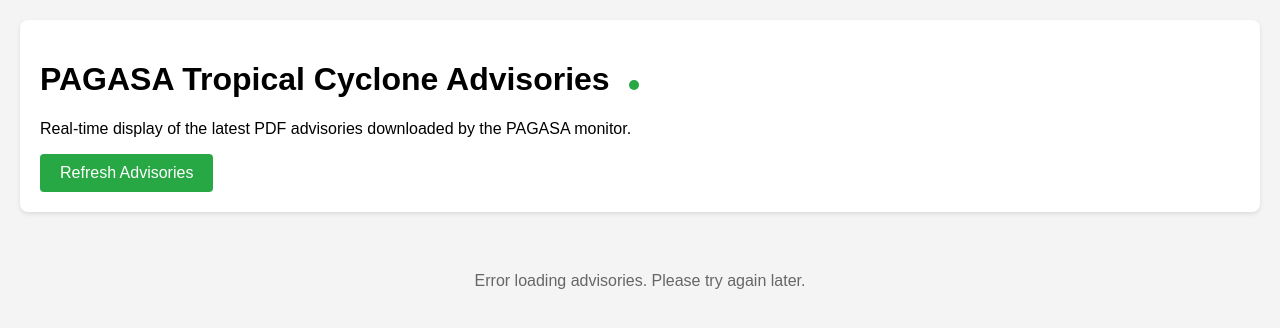
Repository: JetSpy-404/Heat-Mapping-For-Disaster-Risk-Prone-Areas
Page: pdf_viewer.html
The author's editor kept a copy of each file at every save. The page is drawn from the files as they stood at one save, then again after the next save.
The browser window is 1280 px wide. The pictures show the whole page.

Above is the page before, as saved 2025-11-08 16:47:19.

### pdf_viewer.html
<!DOCTYPE html>
<html lang="en">
<head>
    <meta charset="UTF-8">
    <meta name="viewport" content="width=device-width, initial-scale=1.0">
    <title>PAGASA Advisories Viewer</title>
    <style>
        body {
            font-family: Arial, sans-serif;
            margin: 20px;
            background-color: #f4f4f4;
        }
        .header {
            background-color: white;
            padding: 20px;
            border-radius: 8px;
            box-shadow: 0 2px 4px rgba(0,0,0,0.1);
            margin-bottom: 20px;
        }
        .pdf-container {
            margin-bottom: 20px;
            padding: 15px;
            background-color: white;
            border-radius: 8px;
            box-shadow: 0 2px 4px rgba(0,0,0,0.1);
        }
        .pdf-title {
            font-size: 18px;
            font-weight: bold;
            margin-bottom: 10px;
            color: #333;
            display: flex;
            justify-content: space-between;
            align-items: center;
        }
        .pdf-meta {
            font-size: 12px;
            color: #666;
            margin-bottom: 10px;
        }
        iframe {
            width: 100%;
            height: 600px;
            border: 1px solid #ddd;
            border-radius: 4px;
        }
        .download-link {
            display: inline-block;
            margin-top: 10px;
            padding: 8px 16px;
            background-color: #007bff;
            color: white;
            text-decoration: none;
            border-radius: 4px;
        }
        .download-link:hover {
            background-color: #0056b3;
        }
        .refresh-btn {
            background-color: #28a745;
            color: white;
            border: none;
            padding: 10px 20px;
            border-radius: 4px;
            cursor: pointer;
            font-size: 16px;
        }
        .refresh-btn:hover {
            background-color: #218838;
        }
        .loading {
            display: none;
            text-align: center;
            padding: 20px;
        }
        .no-pdfs {
            text-align: center;
            padding: 40px;
            color: #666;
        }
        .status-indicator {
            display: inline-block;
            width: 10px;
            height: 10px;
            border-radius: 50%;
            background-color: #28a745;
            margin-left: 10px;
        }
        .status-indicator.updating {
            background-color: #ffc107;
        }
    </style>
</head>
<body>
    <div class="header">
        <h1>PAGASA Tropical Cyclone Advisories <span class="status-indicator" id="status-indicator"></span></h1>
        <p>Real-time display of the latest PDF advisories downloaded by the PAGASA monitor.</p>
        <button class="refresh-btn" onclick="refreshPDFs()">Refresh Advisories</button>
        <div class="loading" id="loading">Loading advisories...</div>
    </div>

    <div id="pdfs-container">
        <!-- PDFs will be loaded here dynamically -->
    </div>

    <script>
        let lastUpdate = null;

        // Load PDFs on page load
        document.addEventListener('DOMContentLoaded', function() {
            loadPDFs();
            // Auto-refresh every 5 minutes
            setInterval(loadPDFs, 5 * 60 * 1000);
        });

        async function loadPDFs() {
            const loading = document.getElementById('loading');
            const statusIndicator = document.getElementById('status-indicator');
            const container = document.getElementById('pdfs-container');

            loading.style.display = 'block';
            statusIndicator.classList.add('updating');

            try {
                const response = await fetch('list_pdfs.php');
                const pdfs = await response.json();

                if (pdfs.error) {
                    throw new Error(pdfs.error);
                }

                // Check if there are updates
                const latestModified = pdfs.length > 0 ? pdfs[0].modified : null;
                if (lastUpdate !== latestModified) {
                    displayPDFs(pdfs);
                    lastUpdate = latestModified;
                }

            } catch (error) {
                console.error('Error loading PDFs:', error);
                container.innerHTML = '<div class="no-pdfs">Error loading advisories. Please try again later.</div>';
            } finally {
                loading.style.display = 'none';
                statusIndicator.classList.remove('updating');
            }
        }

        function displayPDFs(pdfs) {
            const container = document.getElementById('pdfs-container');

            if (pdfs.length === 0) {
                container.innerHTML = '<div class="no-pdfs">No PDF advisories found. The monitor may still be downloading files.</div>';
                return;
            }

            let html = '';
            pdfs.forEach(pdf => {
                const fileSizeMB = (pdf.size / (1024 * 1024)).toFixed(2);
                html += `
                    <div class="pdf-container">
                        <div class="pdf-title">
                            ${formatPDFTitle(pdf.filename)}
                            <span class="pdf-meta">Updated: ${pdf.modified} | Size: ${fileSizeMB} MB</span>
                        </div>
                        <iframe src="${pdf.path}" type="application/pdf"></iframe>
                        <a href="${pdf.path}" class="download-link" target="_blank">Download PDF</a>
                    </div>
                `;
            });

            container.innerHTML = html;
        }

        function formatPDFTitle(filename) {
            // Convert filename to readable title
            return filename
                .replace('.pdf', '')
                .replace(/_/g, ' ')
                .replace(/\b\w/g, l => l.toUpperCase());
        }

        function refreshPDFs() {
            loadPDFs();
        }

        // Manual refresh function exposed globally
        window.refreshPDFs = refreshPDFs;
    </script>
</body>
</html>

After the next save:
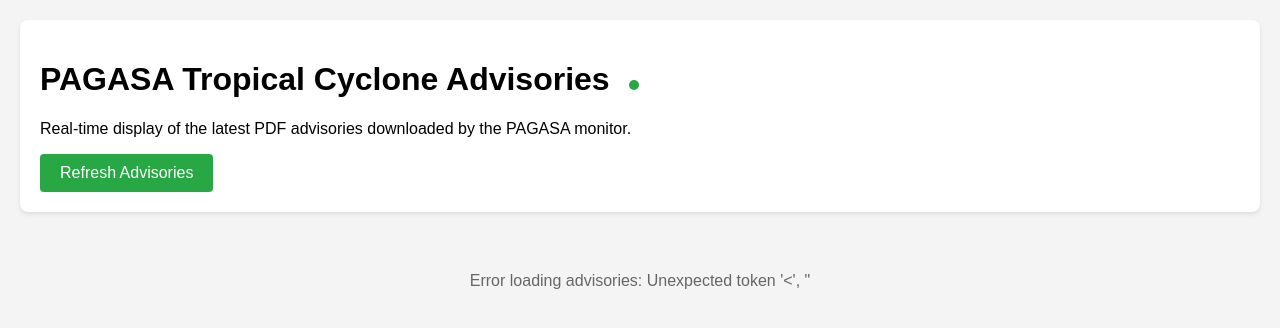
Saved 3 min 24 s later.
--- a/pdf_viewer.html
+++ b/pdf_viewer.html
@@ -123,22 +123,24 @@
 
             try {
                 const response = await fetch('list_pdfs.php');
+                if (!response.ok) {
+                    throw new Error(`HTTP ${response.status}: ${response.statusText}`);
+                }
+
                 const pdfs = await response.json();
+                console.log('Loaded PDFs:', pdfs);
 
                 if (pdfs.error) {
                     throw new Error(pdfs.error);
                 }
 
-                // Check if there are updates
-                const latestModified = pdfs.length > 0 ? pdfs[0].modified : null;
-                if (lastUpdate !== latestModified) {
-                    displayPDFs(pdfs);
-                    lastUpdate = latestModified;
-                }
+                // Always display PDFs for now (remove update check to force refresh)
+                displayPDFs(pdfs);
+                lastUpdate = pdfs.length > 0 ? pdfs[0].modified : null;
 
             } catch (error) {
                 console.error('Error loading PDFs:', error);
-                container.innerHTML = '<div class="no-pdfs">Error loading advisories. Please try again later.</div>';
+                container.innerHTML = `<div class="no-pdfs">Error loading advisories: ${error.message}. Please check if PHP is running and try again.</div>`;
             } finally {
                 loading.style.display = 'none';
                 statusIndicator.classList.remove('updating');
